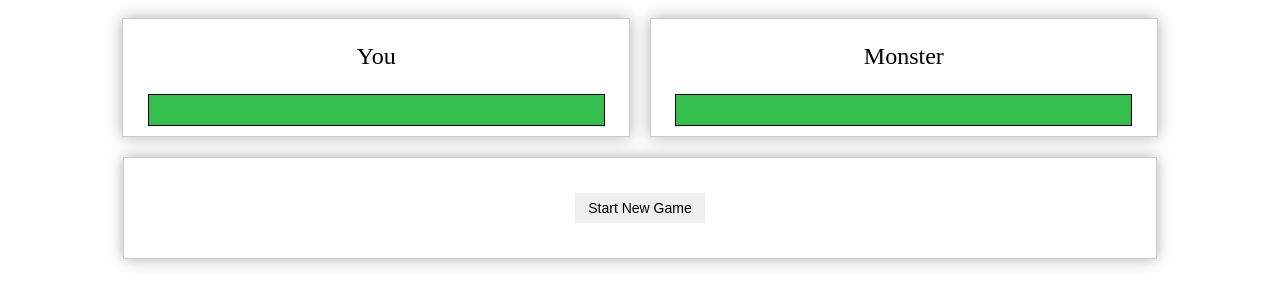
Repository: jakublack/game-fight-vue
Page: /
These files come from the project's save history. The page is drawn as it stood at one moment and after the next save; the edit follows.
The browser window is 1280 px wide. The pictures show the whole page.
The project was rebuilt for these pictures with package versions that can differ from the ones it lists, and the page was loaded fresh each time.

Above is the page before, as saved 2018-08-08 20:52:25.

After the next save:
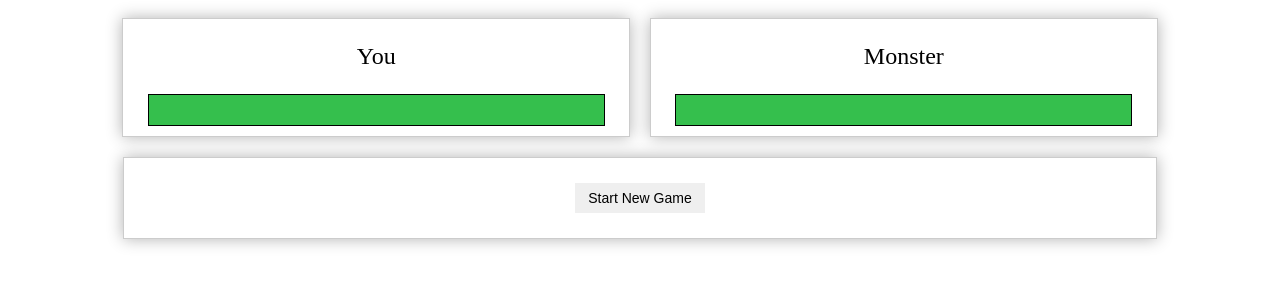
Saved 5 s later.
--- a/src/components/Game.vue
+++ b/src/components/Game.vue
@@ -56,7 +56,7 @@ export default {
 .wrapper-action {
   width: calc(80% + 20px);
   height: auto;
-  min-height: 100px;
+  min-height: 80px;
   margin: 10px auto;
   border: 1px solid #ccc;
   box-shadow: 0px 0px 15px 0px rgba(0,0,0,0.3);
